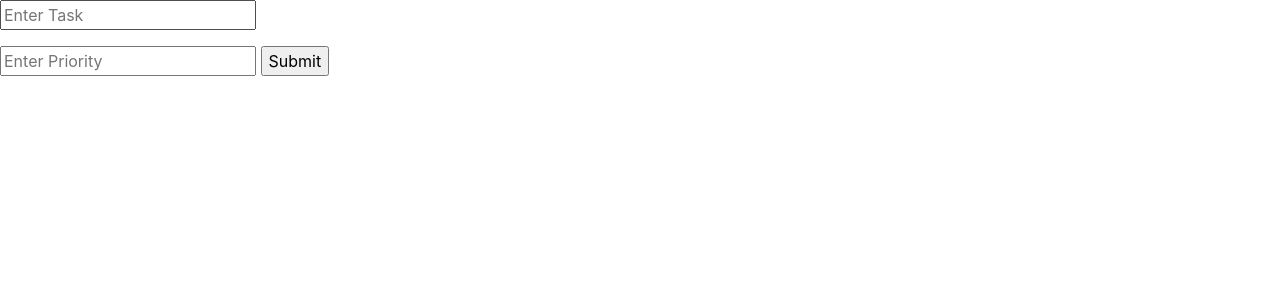
Repository: bitmap357/To-Do-App_Django
Page: http://localhost/add/
An editor plug-in stored every save of this project. The page is shown before and after the next save, followed by the edit.
The browser window is 1280 px wide. The pictures show the whole page.
The page is served by the project's application, run on Django 5.2 (mysite/manage.py).

Above is the page before, as saved 2024-03-27 22:35:32.

After the next save:
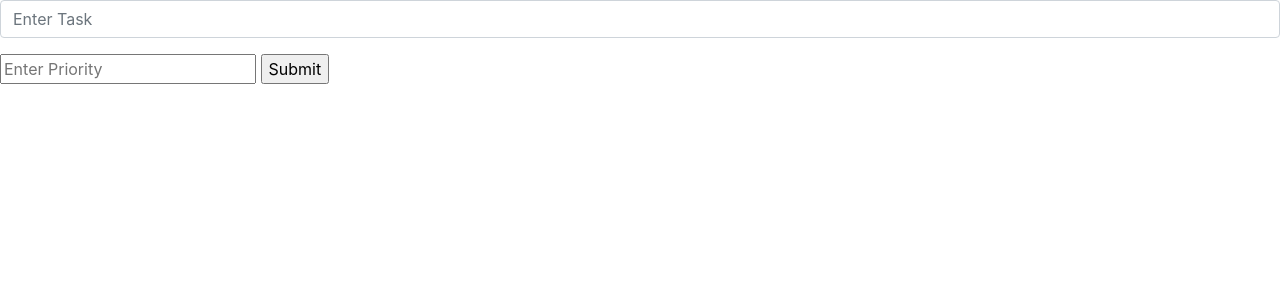
Saved 5 s later.
--- a/mysite/myapp/templates/myapp/add.html
+++ b/mysite/myapp/templates/myapp/add.html
@@ -3,7 +3,7 @@
 <form method="post">
     {% csrf_token %}
     <div class="form-group">
-        <input type="text" class="" name="name" id="name" placeholder="Enter Task">
+        <input type="text" class="form-control" name="name" id="name" placeholder="Enter Task">
     </div>
     <input type="text" name="priority" id="priority" placeholder="Enter Priority">
     <input type="submit">
